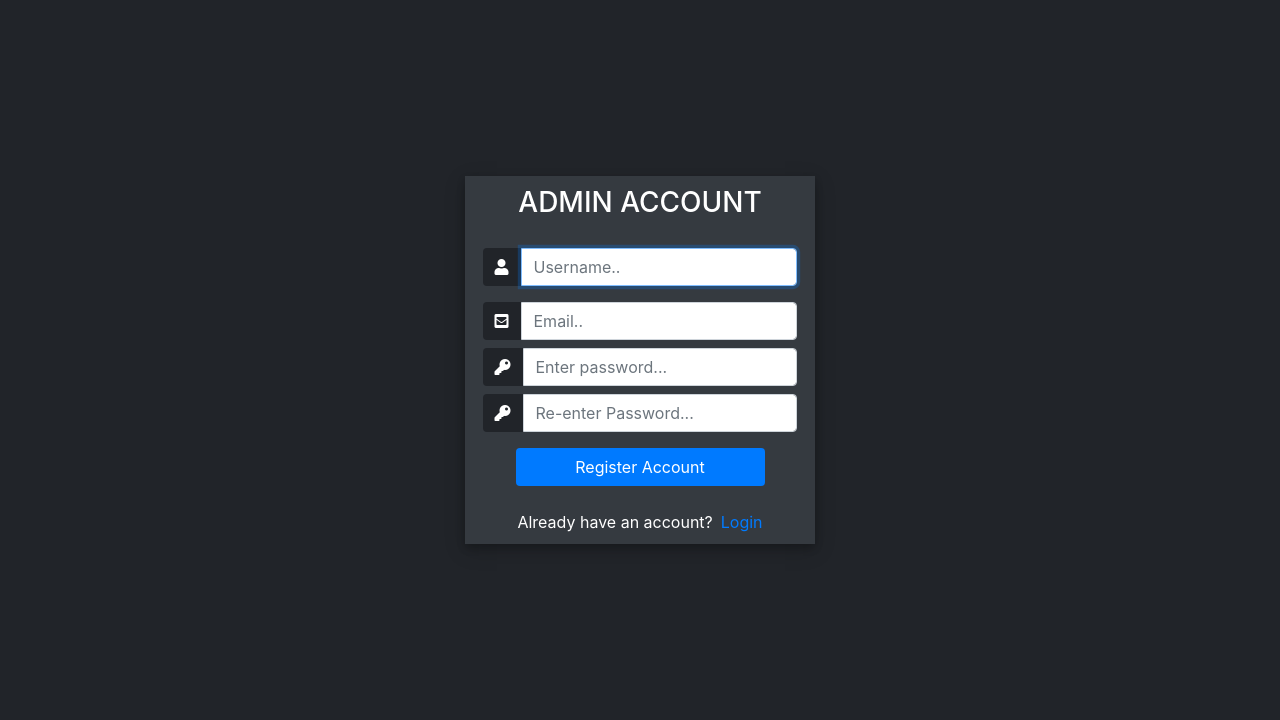
Repository: Abdaljawad-Aya/login-register-auth-validation-Django
Page: http://localhost/register/
These files come from the project's save history. The page is drawn as it stood at one moment and after the next save; the edit follows.
The browser window is 1280 px wide. The pictures show the whole page.
Some web libraries are served in a nearby version. The page is served by the project's application, run on Django 3.2 (project8/manage.py).

Above is the page before, as saved 2021-03-12 08:09:16.

After the next save:
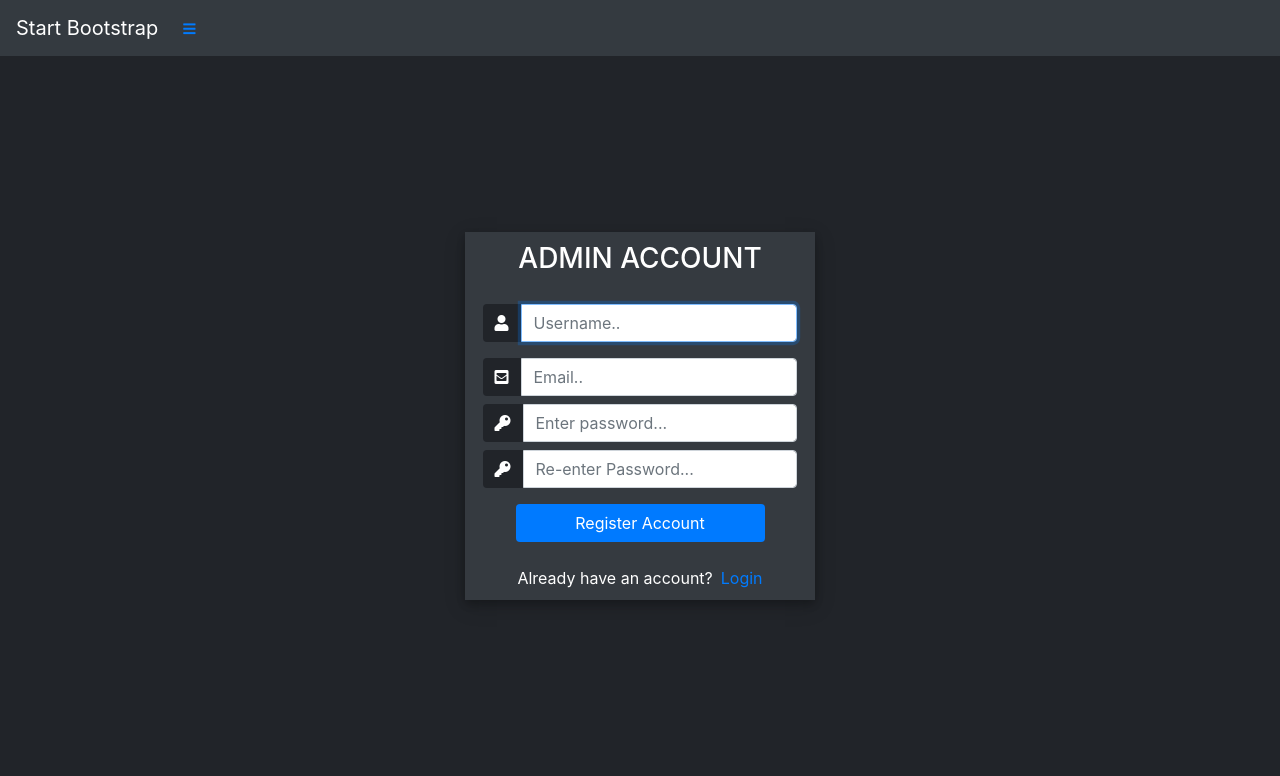
Saved 18 s later.
--- a/project8/project8/templates/register.html
+++ b/project8/project8/templates/register.html
@@ -70,6 +70,33 @@
 
 </head>
 <body>
+   <nav class="sb-topnav navbar navbar-expand navbar-dark bg-dark">
+            <a class="navbar-brand" href="index.html">Start Bootstrap</a>
+            <button class="btn btn-link btn-sm order-1 order-lg-0" id="sidebarToggle" href="#"><i class="fas fa-bars"></i></button>
+            <!-- Navbar Search-->
+            <form class="d-none d-md-inline-block form-inline ml-auto mr-0 mr-md-3 my-2 my-md-0">
+                <div class="input-group">
+                    {% comment %} <input class="form-control" type="text" placeholder="Search for..." aria-label="Search" aria-describedby="basic-addon2" /> {% endcomment %}
+                    <div class="input-group-append">
+                        {% comment %} <button class="btn btn-primary" type="button"><i class="fas fa-search"></i></button> {% endcomment %}
+                    </div>
+                </div>
+            </form>
+            <!-- Navbar-->
+            <ul class="navbar-nav ml-auto ml-md-0">
+                <li class="nav-item dropdown">
+                    {% comment %} <a class="nav-link dropdown-toggle" id="userDropdown" href="#" role="button" data-toggle="dropdown" aria-haspopup="true" aria-expanded="false"><i class="fas fa-user fa-fw"></i></a> {% endcomment %}
+                    {% comment %} <div class="dropdown-menu dropdown-menu-right" aria-labelledby="userDropdown"> {% endcomment %}
+                        {% comment %} <a class="dropdown-item" href="#">Settings</a>
+                        <a class="dropdown-item" href="#">Activity Log</a> {% endcomment %}
+                        <div class="dropdown-divider"></div>
+{% comment %}
+                         <span class="hello-msg"> Hello, {{request.user}}</span>
+                         <span><a class="dropdown-item" href="{% url 'logout' %}">Logout</a></span> {% endcomment %}
+                    </div>
+                </li>
+            </ul>
+        </nav>
 	<div class="container h-100">
 		<div class="d-flex justify-content-center h-100">
 			<div class="user_card">
